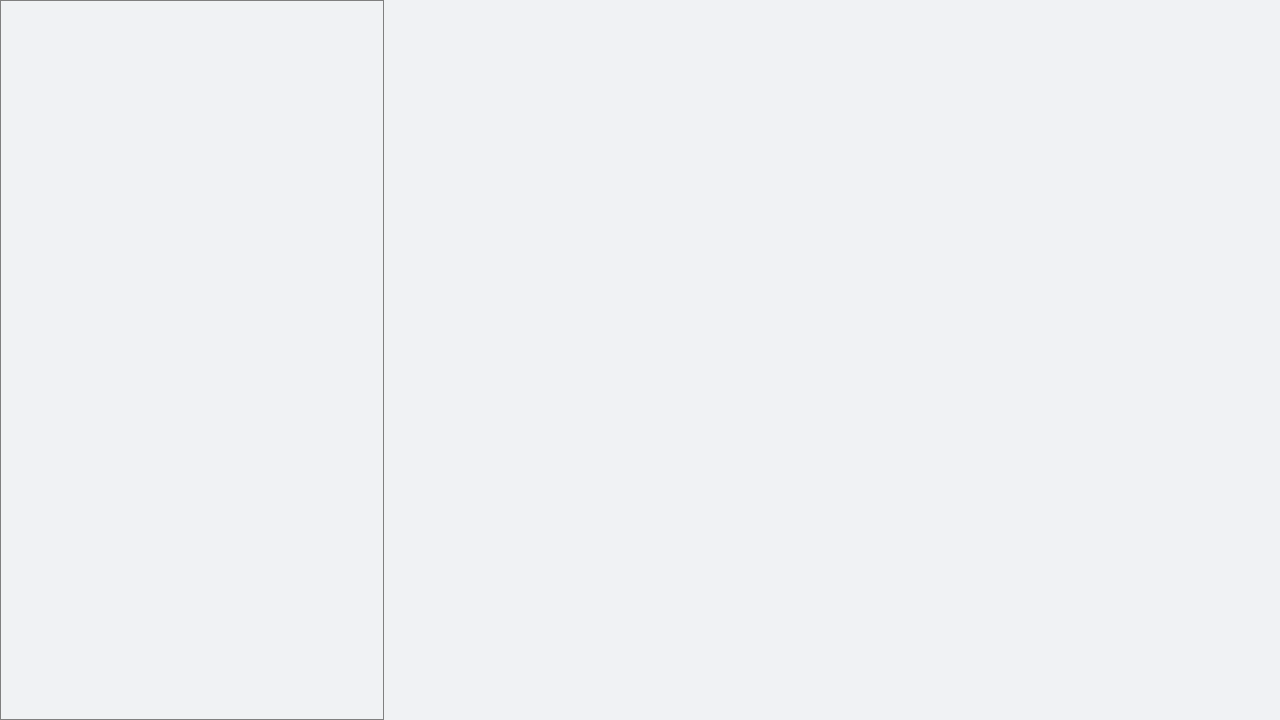
Repository: conquy2002/Project-Tinder
Page: Project RobinTinder/website/index.html
These files come from the project's save history. The page is drawn as it stood at one moment and after the next save; the edit follows.
The browser window is 1280 px wide. The pictures show the whole page.

Above is the page before, as saved 2022-01-07 08:23:30.

After the next save:
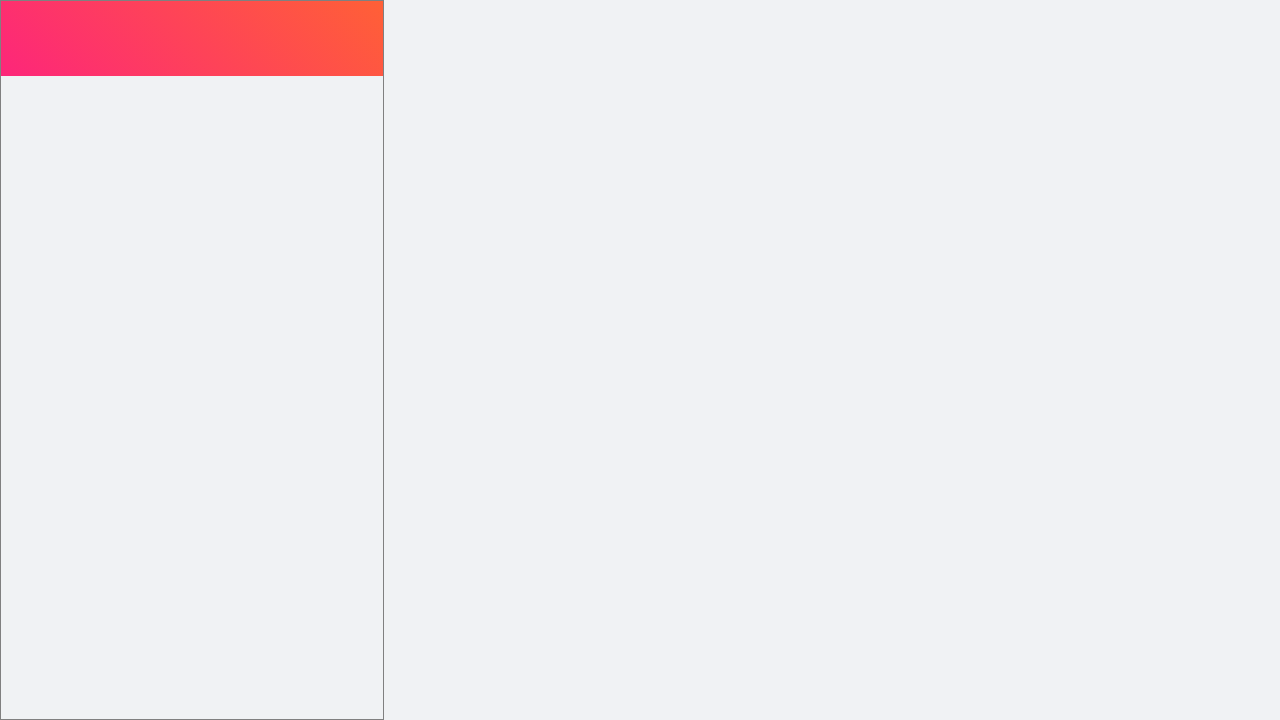
Saved 31 s later.
--- a/Project RobinTinder/website/css/style.css
+++ b/Project RobinTinder/website/css/style.css
@@ -15,7 +15,19 @@
     border: .1px solid gray;
 }
 .nav__header{
-    background-color: linear-gradient(45deg,#fd267a,#ff6036);
+    background: linear-gradient(
+45deg,#fd267a,#ff6036);
+    background-image: linear-gradient(
+45deg, rgb(253, 38, 122), rgb(255, 96, 54));
+    background-position-x: initial;
+    background-position-y: initial;
+    background-size: initial;
+    background-repeat-x: initial;
+    background-repeat-y: initial;
+    background-attachment: initial;
+    background-origin: initial;
+    background-clip: initial;
+    background-color: initial;
     height: 75px;
     width: 100%;
 }
